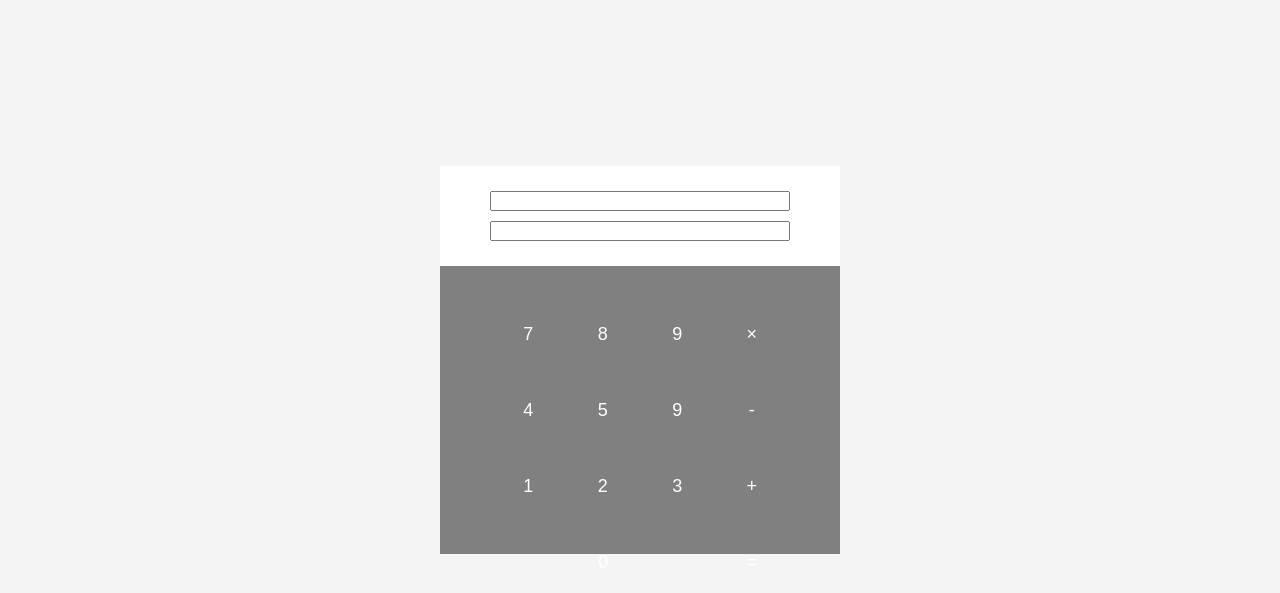
Repository: DNature/calc
Page: index.html
The author's editor kept a copy of each file at every save. The page is drawn from the files as they stood at one save, then again after the next save.
The browser window is 1280 px wide. The pictures show the whole page.

Above is the page before, as saved 2019-11-21 00:06:24.

### index.html
<!DOCTYPE html>
<html lang="en">
  <head>
    <meta charset="UTF-8" />
    <meta name="viewport" content="width=device-width, initial-scale=1.0" />
    <meta http-equiv="X-UA-Compatible" content="ie=edge" />
    <link rel="stylesheet" href="css/style.css" />
    <title>Calculator</title>
  </head>
  <body>
    <div class="calculator">
      <div class="output">
        <input type="number" id="subField" class="display" />
        <input type="number" id="mainField" class="display" />
      </div>

      <div class="inputs">
        <div class="row">
          <button id="" class="button">C</button>
          <button id="" class="button">CE</button>
          <button id="" class="button">%</button>
          <button id="" class="button">&#247;</button>
        </div>
        <div class="row">
          <button id="" class="button">7</button>
          <button id="" class="button">8</button>
          <button id="" class="button">9</button>
          <button id="" class="button">&times;</button>
        </div>
        <div class="row">
          <button id="" class="button">4</button>
          <button id="" class="button">5</button>
          <button id="" class="button">9</button>
          <button id="" class="button">-</button>
        </div>
        <div class="row">
          <button id="" class="button">1</button>
          <button id="" class="button">2</button>
          <button id="" class="button">3</button>
          <button id="" class="button">+</button>
        </div>
        <div class="row equal">
          <button id="" class="button">0</button>
          <button id="" class="button">=</button>
        </div>
      </div>
    </div>
    <script src="./js/index.js"></script>
  </body>
</html>

### css/style.css
* {
  margin: 0;
  padding: 0;
  box-sizing: border-box;
}

body {
  font-family: Arial, Helvetica, sans-serif;
  background: #f4f4f4;
  height: 100vh;
  width: 100vw;
  display: grid;
  place-content: center;
}

.calculator {
  width: 20vw;
  background: white;
  display: grid;
  place-content: center;

  border-radius: 5px;
}

.output {
  height: 100px;
  padding: 1rem;
  background: white;
}

.inputs {
  background: grey;
  display: grid;
  place-content: center;
  height: 40vh;
}

.button {
  width: 70px;
  height: 70px;
  border-radius: 50%;
  border: none;
  outline: none;
  margin: 3px 0;
  cursor: pointer;
  background: none;
  color: white;
  font-size: 18px;
}
.button:hover {
  transition: 0.3s ease-in-out;
  background: #9595958d;
}

.button:focus {
  transition: 0.3s ease-in-out;
  background: #afafaf8d;
}

.equal {
  display: flex;
  justify-content: space-between;
}

.equal :first-child {
  margin-left: 75px;
}

.output {
  display: grid;
  place-content: center;
  width: 400px;
  padding: 0;
}

.display {
  width: 300px;
  margin: 5px;
  height: 20px;
  font-size: 40px;
}

Loaded but not shown: js/index.js (no stored copy; drawn as an empty file)

After the next save:
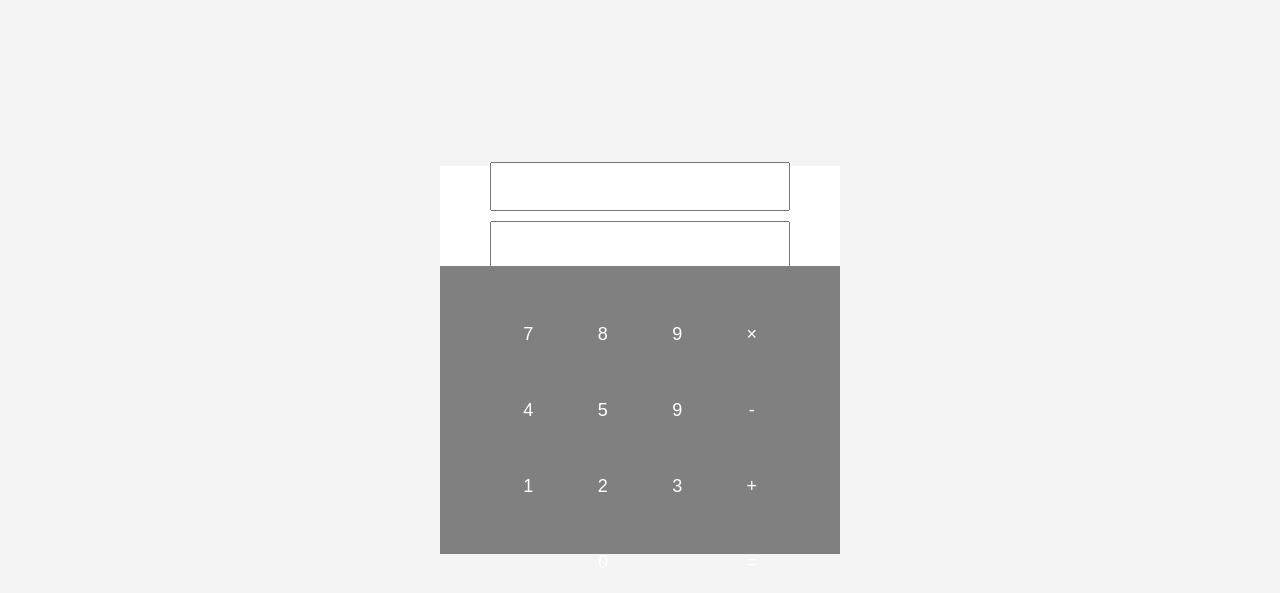
Saved 8 s later.
--- a/css/style.css
+++ b/css/style.css
@@ -76,6 +76,6 @@ body {
 .display {
   width: 300px;
   margin: 5px;
-  height: 20px;
+  /* height: 20px; */
   font-size: 40px;
 }
